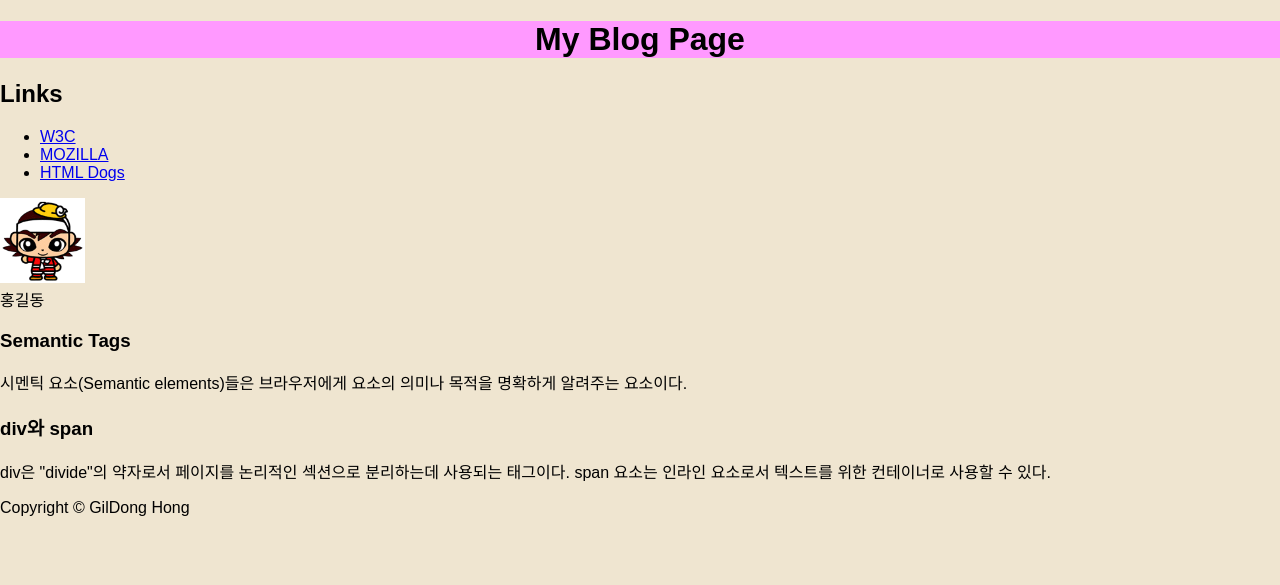
Repository: hyeon-jin-park/study
Page: work/internet_programing/T04/public/03_layout.html
These files come from the project's save history. The page is drawn as it stood at one moment and after the next save; the edit follows.
The browser window is 1280 px wide. The pictures show the whole page.

Above is the page before, as saved 2025-03-25 09:31:19.

### work/internet_programing/T04/public/03_layout.html
<!DOCTYPE html>
<html>
<head>
<meta charset="UTF-8">
<title>레이아웃 배치와 메뉴 모양, 링크 모양 선언하기</title>
<style>
/*
화면에 제시된 모양과 같이, 다음의 html5 코드가 출력되도록 스타일을 정의하시오.
1. <header>태그 영역은 화면 상단에 출력하고, 배경색을 분홍색, 글자는 가운데 정렬하시오.
2. <nav> 태그 영역은 화면 왼쪽에 출력하고, <ul> 태그의 각 메뉴를 제시된 화면과 같이 출력하시오.
3. <ul>태그 내의 <a> 태그에 대하여 링크 밑줄을 제거하고, 글자색을 흰색으로 선언하시오.
     또한, 마무스를 올리면, 배경색이 변경되도록 선언하시오.
   (배경색상은 www.w3schools.com 사이트의 color picker를 이용합니다.)
4. <section> 태그 영역은 오른쪽에 출력하고, 배경색을 노란색으로 선언하시오.
5. <footer> 태그 영역은 화면 아래쪽에 출력하고, 배경색은 보라색, 글자색은 흰색으로 하고, 가운데 정렬하시오.
*/
body {
    background-color: #efe5d0;
    font-family: Arial, "Trebuchet MS", sans-serif;
    margin: 0px;
}

header{
	background-color:#ff99ff;
	color:black;
	text-align:center;

}






</style>
</head>
<body>
<header>
    <h1>My Blog Page</h1>
</header>
<nav>
    <h1>Links</h1>
    <ul class="menu">
        <li><a  href="http://www.w3c.org/">W3C</a></li>
        <li><a href="http://developer.mozilla.org/">MOZILLA</a></li>
        <li><a href="http://htmldog.com/guides/">HTML Dogs</a></li>
    </ul>
    <div>
        <img width="85" height="85"  src="images/gildong.png"  alt="홍길동" />
        <div>홍길동</div>
    </div>
</nav>
<section id="main">
    <article>
        <h1>Semantic Tags</h1>
        <p>
            시멘틱 요소(Semantic elements)들은 브라우저에게 요소의 의미나 목적을 명확하게 알려주는 요소이다.
        </p>
    </article>
    <article>
        <h1>div와 span</h1>
        <p>
            div은 "divide"의 약자로서 페이지를 논리적인 섹션으로 분리하는데 사용되는 태그이다.
            span 요소는 인라인 요소로서 텍스트를 위한 컨테이너로 사용할 수 있다.
        </p>
    </article>
</section>
<footer>Copyright &copy; GilDong Hong</footer>
</body>
</html>

After the next save:
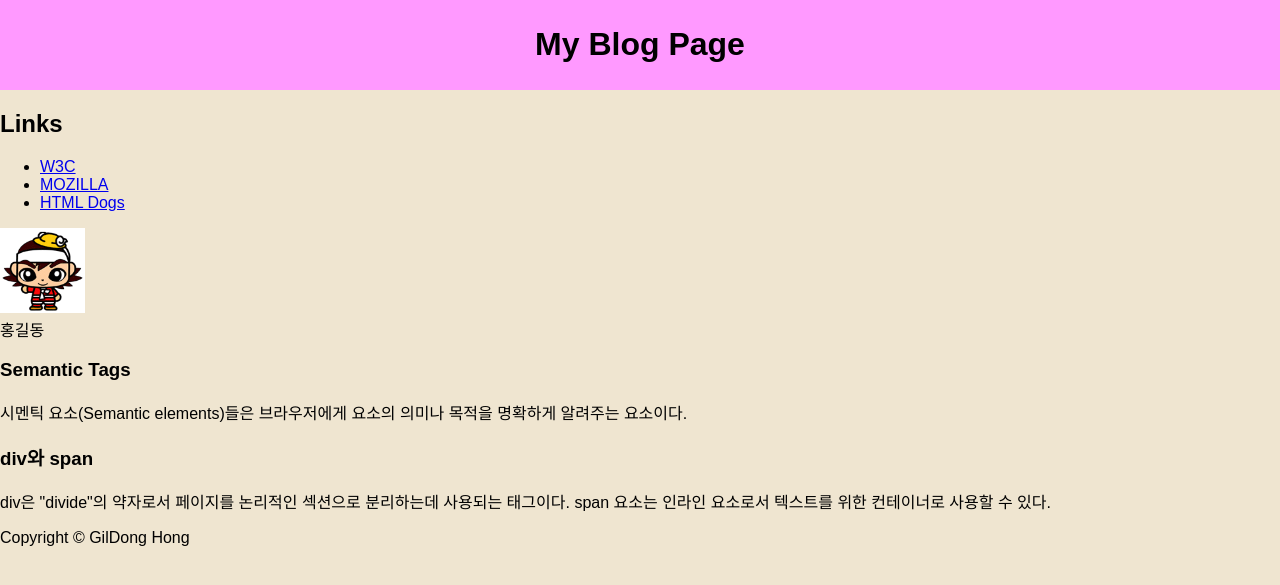
Saved 85 s later.
--- a/work/internet_programing/T04/public/03_layout.html
+++ b/work/internet_programing/T04/public/03_layout.html
@@ -24,6 +24,8 @@ header{
 	background-color:#ff99ff;
 	color:black;
 	text-align:center;
+	margin:0px;
+	padding: 5px;
 
 }
 
